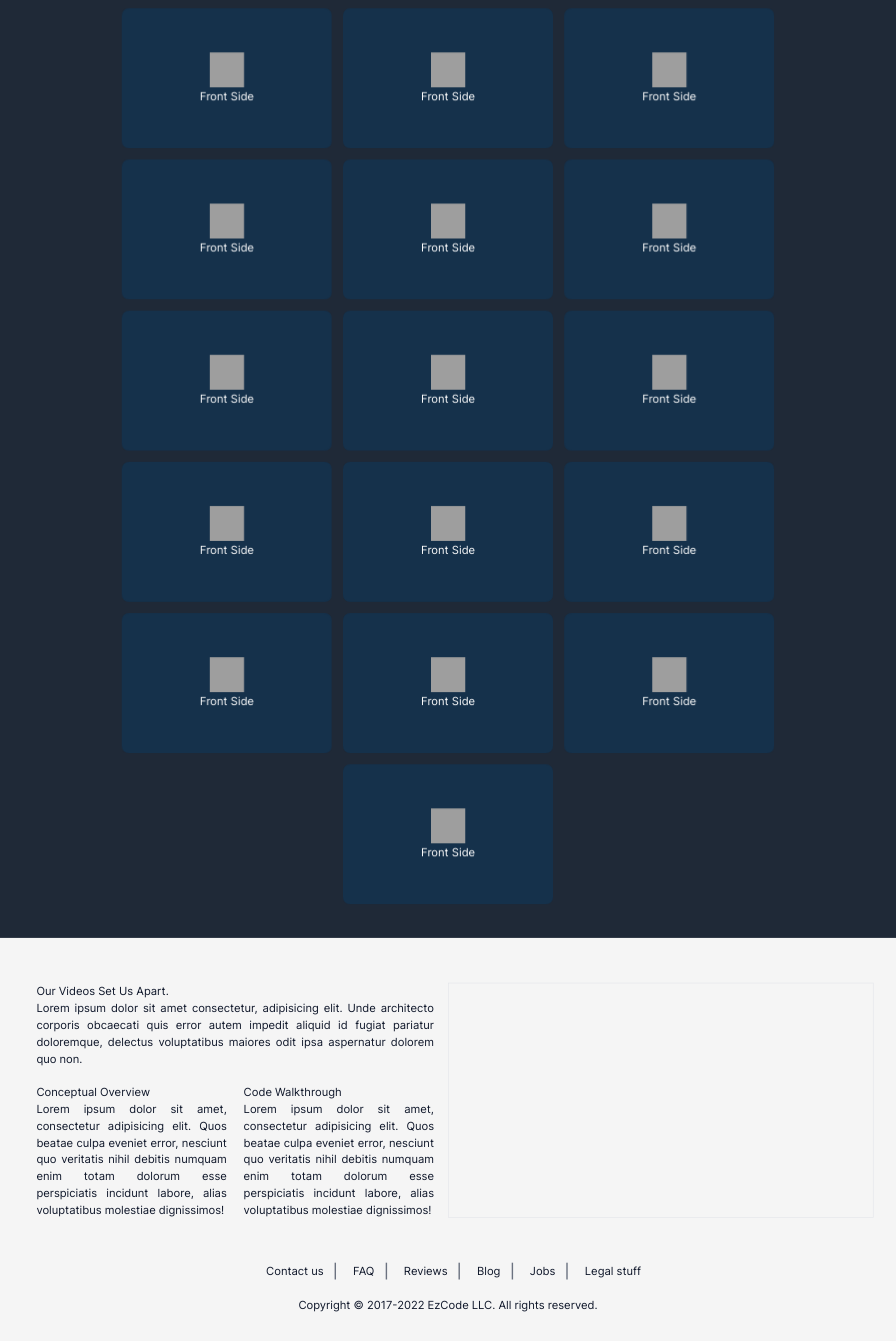
Repository: om1ars/Xjkey
Page: /
An editor plug-in stored every save of this project. The page is shown before and after a run of saves, followed by the edit.
The browser window is 1280 px wide. The pictures show the part of the page from y = 1187 to 3107 px (the page is 3103 px tall before and 3107 px after), at 70% of full size.
Pictures or frames that could not be fetched are drawn as grey boxes. The project was rebuilt for these pictures with package versions that can differ from the ones it lists, and the page was loaded fresh each time. The framework's server and built-in components were replaced by stand-ins that run in the browser. Also part of the build but not shown: next.config.js.

Above is the page before, as saved 2022-03-18 23:35:25.

After the next 3 saves:
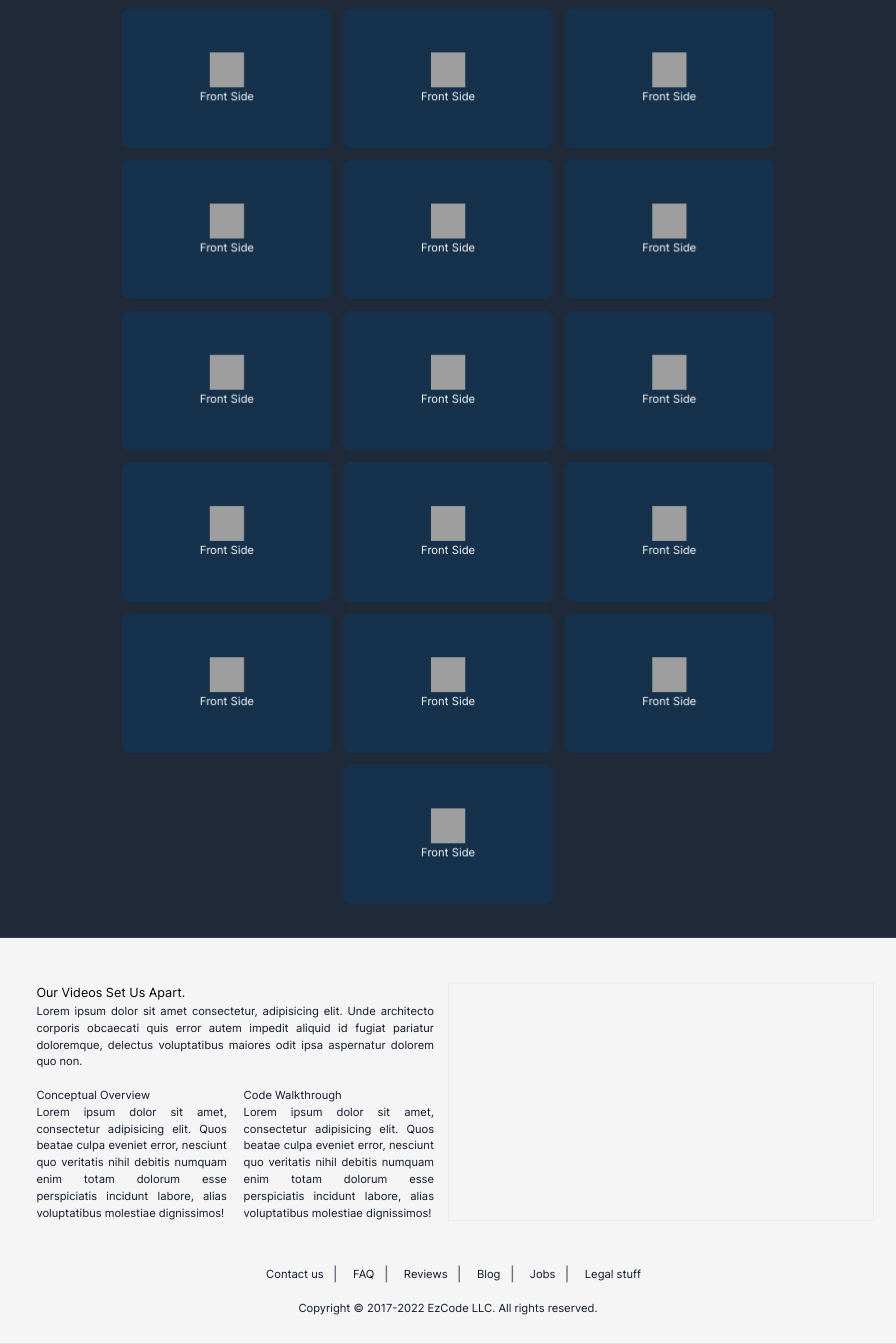
The 3 saves are shown as one change because they came seconds apart.
The last was saved 11 s later.
--- a/src/components/HomeComponents/VideosComponents.tsx
+++ b/src/components/HomeComponents/VideosComponents.tsx
@@ -5,7 +5,7 @@ export default function VideosComponents() {
     <div className="flex justify-between text-justify sm:flex-col  md:flex-col lg:flex-row">
       <div className="w-6/12 pl-5 pr-5">
         <div>
-          <h1 className="text-b">Our Videos Set Us Apart.</h1>
+          <h1 className="text-lg text-black">Our Videos Set Us Apart.</h1>
           <p>
             Lorem ipsum dolor sit amet consectetur, adipisicing elit. Unde
             architecto corporis obcaecati quis error autem impedit aliquid id
